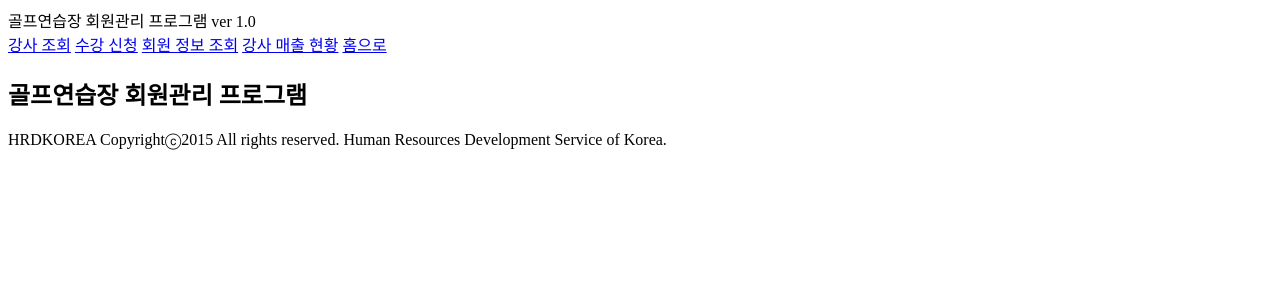
Repository: wwwxsv19/HRDkorea
Page: http://localhost/golf/list.jsp
An editor plug-in stored every save of this project. The page is shown before and after the next save, followed by the edit.
The browser window is 1280 px wide. The pictures show the whole page.
The page is served by Tomcat 9.

Above is the page before, as saved 2024-06-25 07:43:10.

### golf/golf/src/main/webapp/list.jsp
<%@ include file="db.jsp" %>
<%@ page language="java" contentType="text/html; charset=UTF-8"
    pageEncoding="UTF-8"%>
<!DOCTYPE html>
<html>
<head>
	<meta charset="UTF-8">
	<title>list</title>
	<link rel="stylesheet" href="style.css">
</head>
<body>
<script type="text/javascript" src="check.js"></script>
<jsp:include page="header.jsp"></jsp:include>
<section>
	<h1>골프연습장 회원관리 프로그램</h1>
</section>
<jsp:include page="footer.jsp"></jsp:include>
</body>
</html>

### golf/golf/src/main/webapp/db.jsp
<%@ page import="java.sql.*" %>
<%@ page language="java" contentType="text/html; charset=UTF-8"
    pageEncoding="UTF-8"%>
<%

Class.forName("oracle.jdbc.OracleDriver");
Connection conn = DriverManager.getConnection(
		"jdbc:oracle:thin:@//localhost:1521/xe", "system", "1234");

%>

### golf/golf/src/main/webapp/header.jsp
<%@ include file="db.jsp" %>
<%@ page language="java" contentType="text/html; charset=UTF-8"
    pageEncoding="UTF-8"%>
<!DOCTYPE html>
<html>
<head>
	<meta charset="UTF-8">
</head>
<body>
<header>골프연습장 회원관리 프로그램 ver 1.0</header>
<nav>
	<a href="list.jsp">강사 조회</a>
	<a href="insert.jsp">수강 신청</a>
	<a href="info.jsp">회원 정보 조회</a>
	<a href="money.jsp">강사 매출 현황</a>
	<a href="index.jsp">홈으로</a>
</nav>
</body>
</html>

### golf/golf/src/main/webapp/footer.jsp
<%@ include file="db.jsp" %>
<%@ page language="java" contentType="text/html; charset=UTF-8"
    pageEncoding="UTF-8"%>
<!DOCTYPE html>
<html>
<head>
	<meta charset="UTF-8">
</head>
<body>
<footer>HRDKOREA Copyrightⓒ2015 All rights reserved. Human Resources Development Service of Korea.</footer>
</body>
</html>

Loaded but not shown: golf/golf/src/main/webapp/check.js (no copy from this time; the picture is the same without it); golf/golf/src/main/webapp/style.css (no copy from this time; the picture is the same without it)

After the next save:
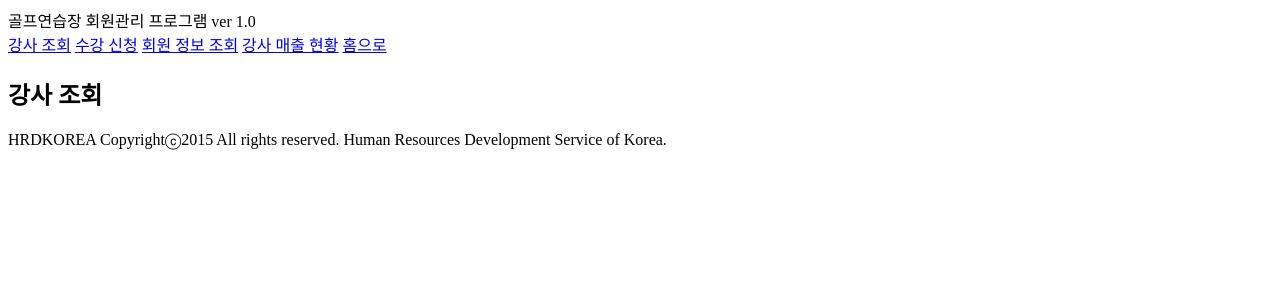
Saved 19 s later.
--- a/golf/golf/src/main/webapp/list.jsp
+++ b/golf/golf/src/main/webapp/list.jsp
@@ -12,7 +12,7 @@
 <script type="text/javascript" src="check.js"></script>
 <jsp:include page="header.jsp"></jsp:include>
 <section>
-	<h1>골프연습장 회원관리 프로그램</h1>
+	<h1>강사 조회</h1>
 </section>
 <jsp:include page="footer.jsp"></jsp:include>
 </body>
